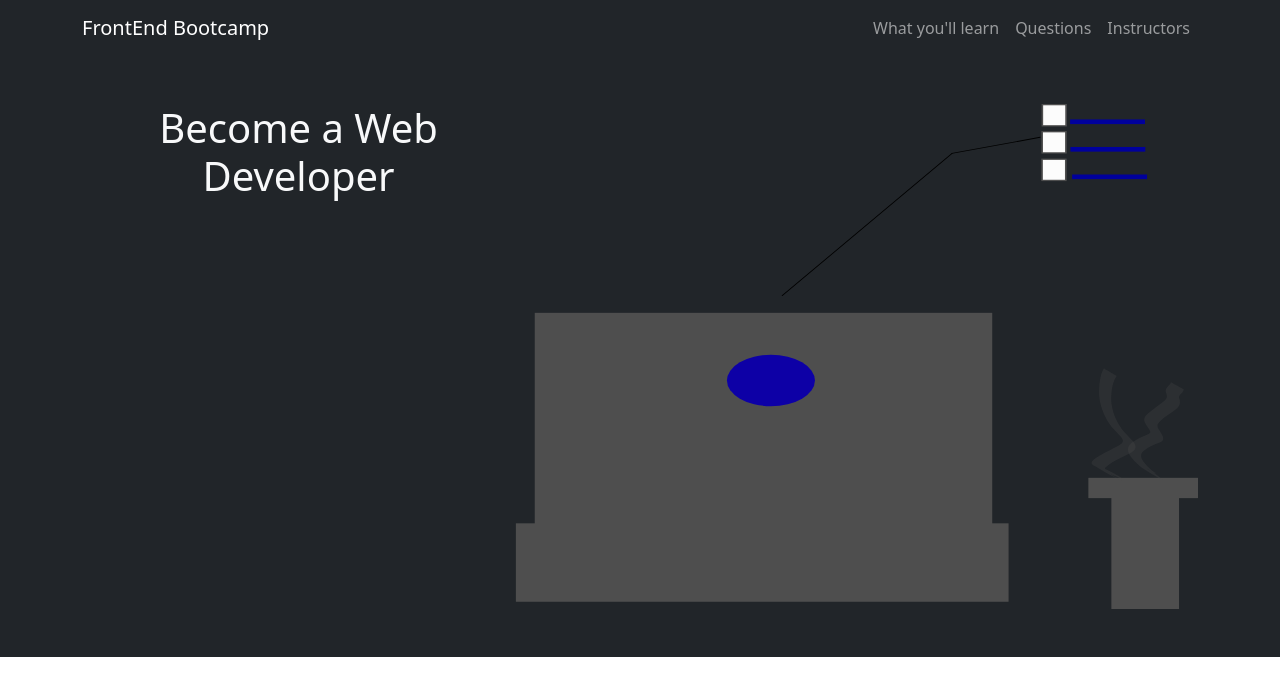
Repository: HaziimYassien/Front-End-BootCamp-__BootStrap-Project
Page: Front End BootCamp2/index.html
These files come from the project's save history. The page is drawn as it stood at one moment and after the next save; the edit follows.
The browser window is 1280 px wide. The pictures show the whole page.

Above is the page before, as saved 2024-01-12 02:06:44.

### Front End BootCamp2/index.html
<!DOCTYPE html>
<html lang="en">
  <head>
    <meta charset="utf-8" />
    <meta name="viewport" content="width=device-width, initial-scale=1" />
    <title>Frontend Bootcamp</title>
    <link
      href="https://cdn.jsdelivr.net/npm/bootstrap@5.3.2/dist/css/bootstrap.min.css"
      rel="stylesheet"
      integrity="sha384-T3c6CoIi6uLrA9TneNEoa7RxnatzjcDSCmG1MXxSR1GAsXEV/Dwwykc2MPK8M2HN"
      crossorigin="anonymous"
    />
    <link rel="stylesheet" href="style.css" />
  </head>
  <body>
    <!-- START _NavigationBar -->
    <nav class="navbar navbar-expand-lg bg-dark navbar-dark">
      <div class="container">
        <a href="#" class="navbar-brand">FrontEnd Bootcamp</a>
        <button
          class="navbar-toggler"
          type="button"
          data-bs-toggle="collapse"
          data-bs-target="#navmenu"
        >
          <span class="navbar-toggler-icon"></span>
        </button>
        <div class="collapse navbar-collapse" id="navmenu">
          <ul class="navbar-nav ms-auto">
            <li class="nav-item">
              <a href="#learn" class="nav-link">What you'll learn</a>
            </li>
            <li class="nav-item">
              <a href="#questions" class="nav-link">Questions</a>
            </li>
            <li class="nav-item">
              <a href="#instructors" class="nav-link">Instructors</a>
            </li>
          </ul>
        </div>
      </div>
    </nav>
    <!-- END _NavigationBar -->

    <!-- START _ShowCase -->
    <section class="bg-dark text-light p-5 text-center">
      <div class="container">
        <div class="d-flex">
          <div>
            <h1>Become a Web Developer</h1>
          </div>
          <img
            class="img-fluid"
            src="img/FirstImage_BootCampProject.svg"
            alt=""
          />
        </div>
      </div>
    </section>
    <script
      src="https://cdn.jsdelivr.net/npm/bootstrap@5.3.2/dist/js/bootstrap.bundle.min.js"
      integrity="sha384-C6RzsynM9kWDrMNeT87bh95OGNyZPhcTNXj1NW7RuBCsyN/o0jlpcV8Qyq46cDfL"
      crossorigin="anonymous"
    ></script>
  </body>
</html>

Loaded but not shown: Front End BootCamp2/style.css (no copy from this time; the picture is the same without it)

After the next save:
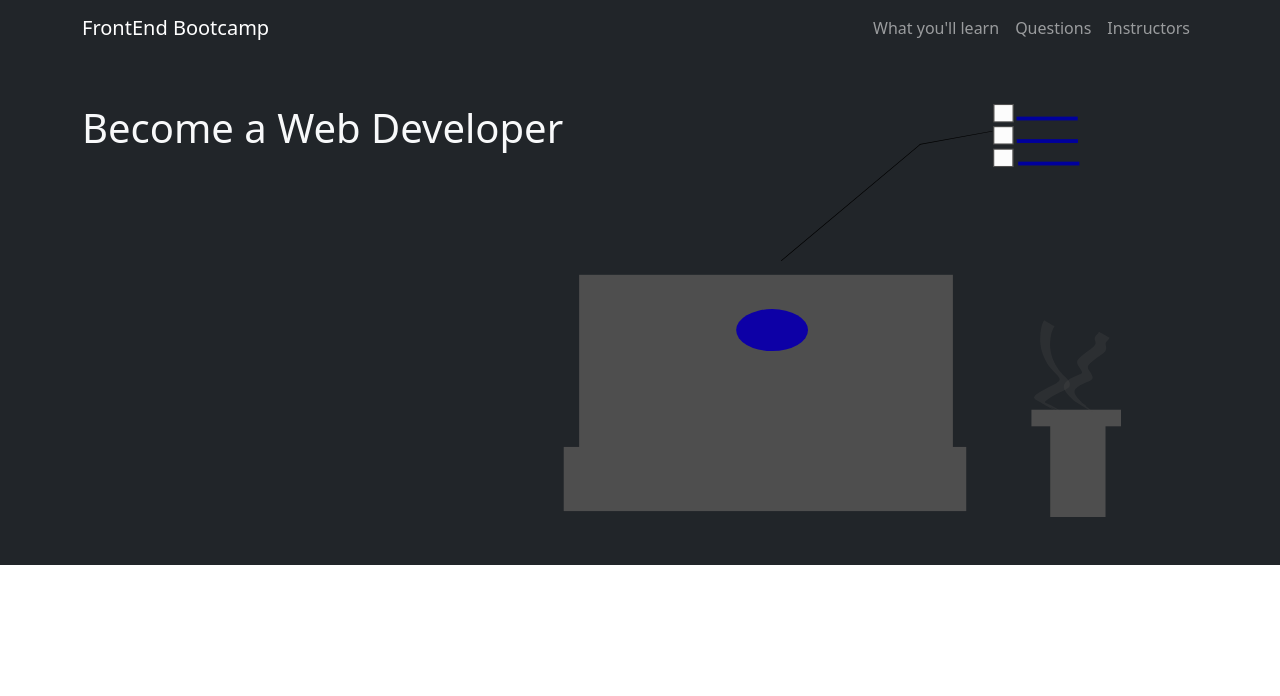
Saved 28 s later.
--- a/Front End BootCamp2/index.html
+++ b/Front End BootCamp2/index.html
@@ -50,7 +50,7 @@
             <h1>Become a Web Developer</h1>
           </div>
           <img
-            class="img-fluid"
+            class="img-fluid w-50"
             src="img/FirstImage_BootCampProject.svg"
             alt=""
           />

After the save that followed:
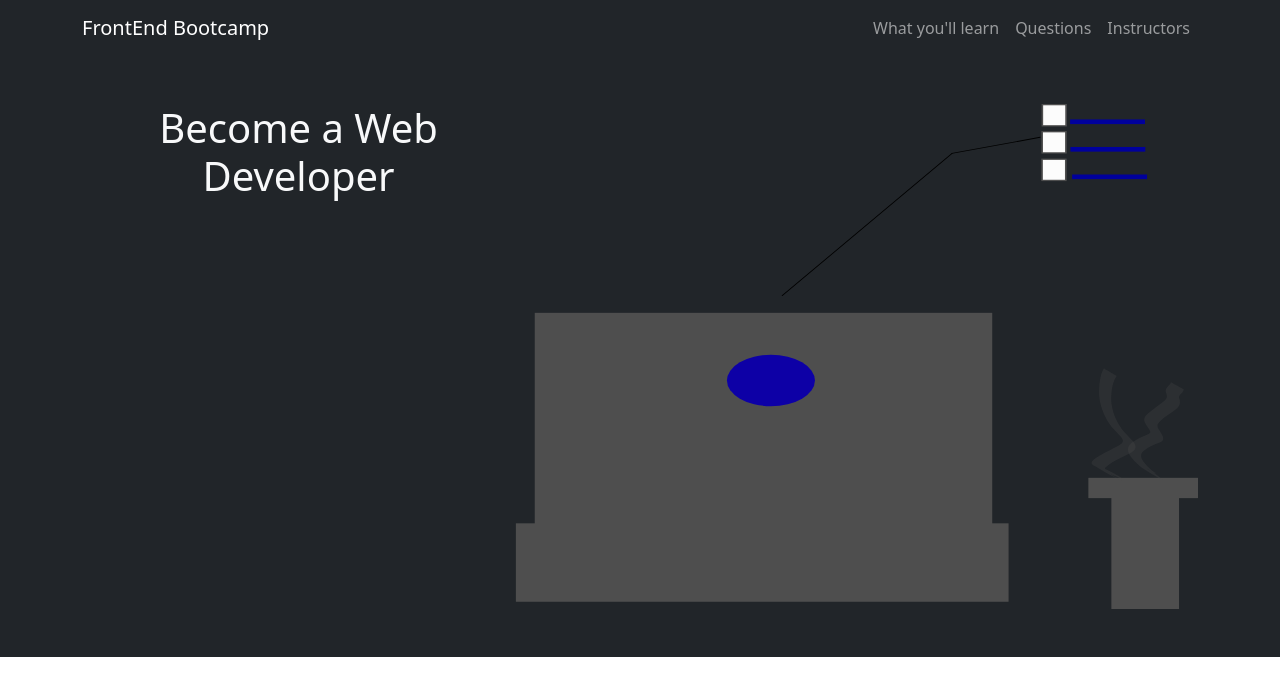
Saved 10 s later.
--- a/Front End BootCamp2/index.html
+++ b/Front End BootCamp2/index.html
@@ -50,7 +50,7 @@
             <h1>Become a Web Developer</h1>
           </div>
           <img
-            class="img-fluid w-50"
+            class="img-fluid w-10"
             src="img/FirstImage_BootCampProject.svg"
             alt=""
           />
